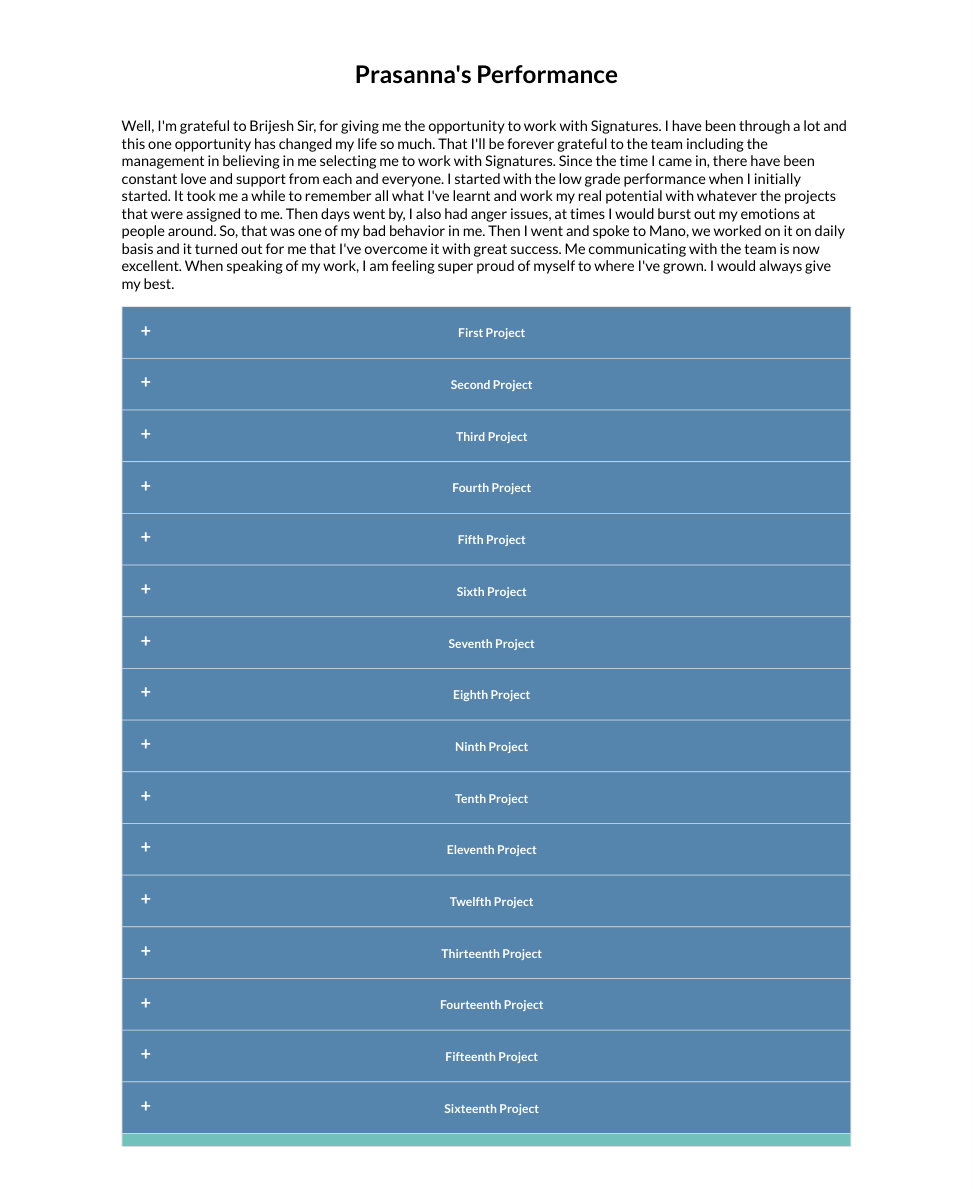
Repository: Imprasna/personalperform
Page: index.html
An editor plug-in stored every save of this project. The page is shown before and after a run of saves, followed by the edit.
The browser window is 1280 px wide. The pictures show the whole page, at 76% of full size.
The style sheet was rebuilt from its Sass, Less or Tailwind sources for each picture, by a compiler version that may differ from the author's.

Above is the page before, as saved 2021-12-30 23:16:18.

After the next 3 saves:
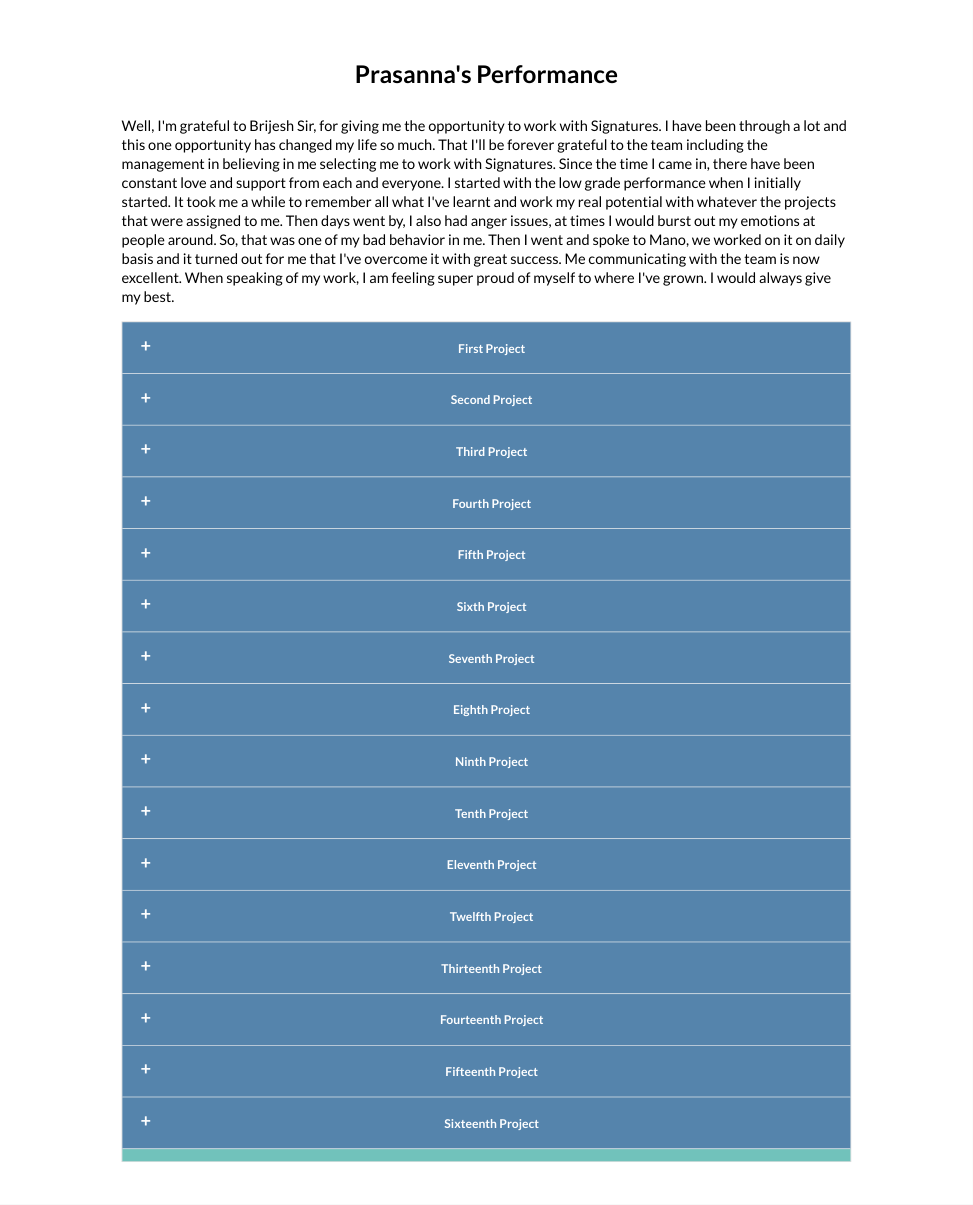
The 3 saves are shown as one change because 1 did not build or start and some came seconds apart.
The last was saved 14 s later.
--- a/accordion.scss
+++ b/accordion.scss
@@ -15,6 +15,7 @@
   }
   .headingg {
       font-size: 1.2rem;
+      line-height: 1.3;
   }
   .accordion dl,
   .accordion-list {
